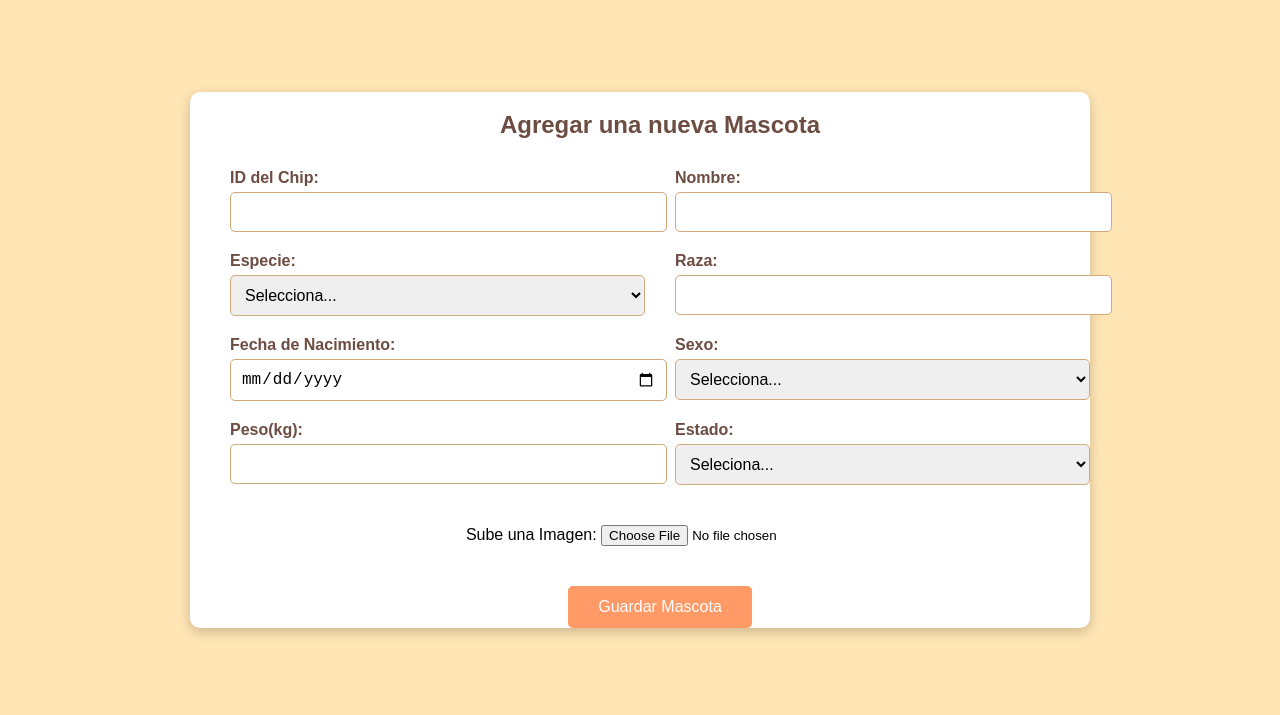
Repository: adriarodrisan/PetLover
Page: Paginas_web/Agregar_Mascota.html
The author's editor kept a copy of each file at every save. The page is drawn from the files as they stood at one save, then again after the next save.
The browser window is 1280 px wide. The pictures show the whole page.

Above is the page before, as saved 2025-03-19 14:35:53.

After the next save:
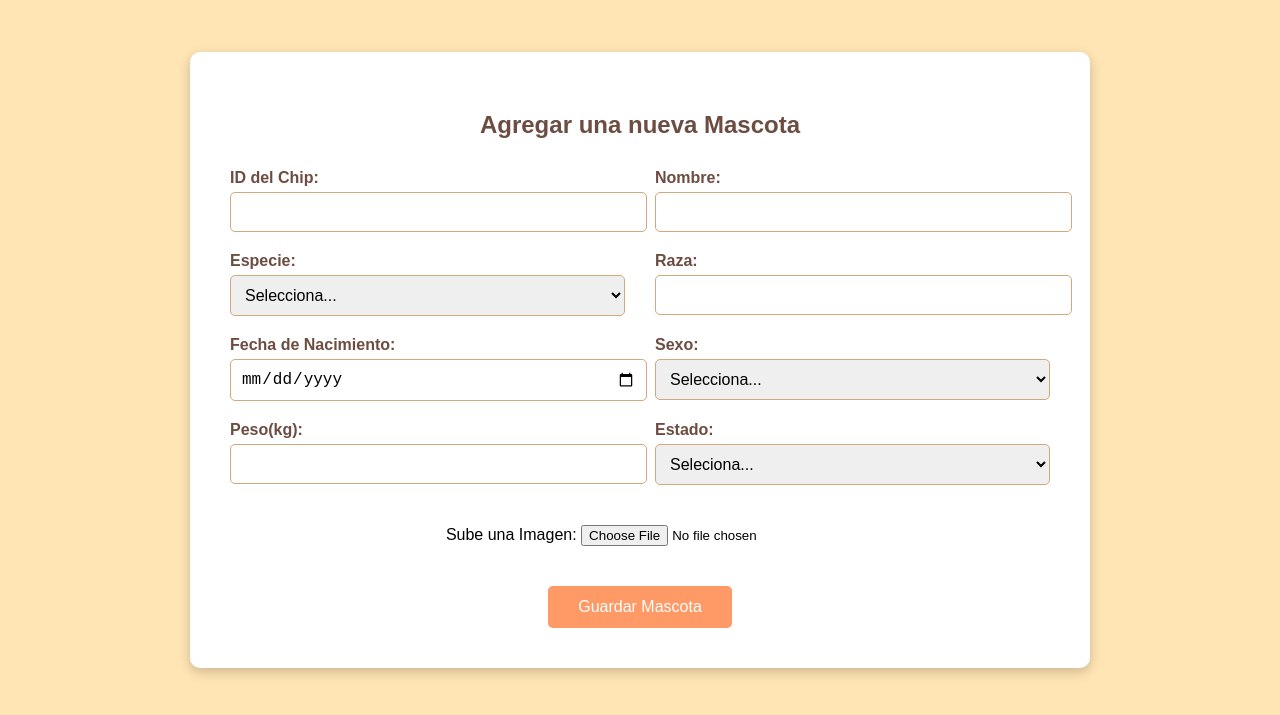
Saved 48 s later.
--- a/Css_Paginas/Agregar_mascota.css
+++ b/Css_Paginas/Agregar_mascota.css
@@ -11,7 +11,7 @@
 }
 .formulario-contenedor{
     background-color: white;
-    padding-left: 40px;
+    padding: 40px;
     border-radius: 10px;
     box-shadow: 0px 4px 12px rgba(0, 0, 0, 0.2);
     width: 90%;
